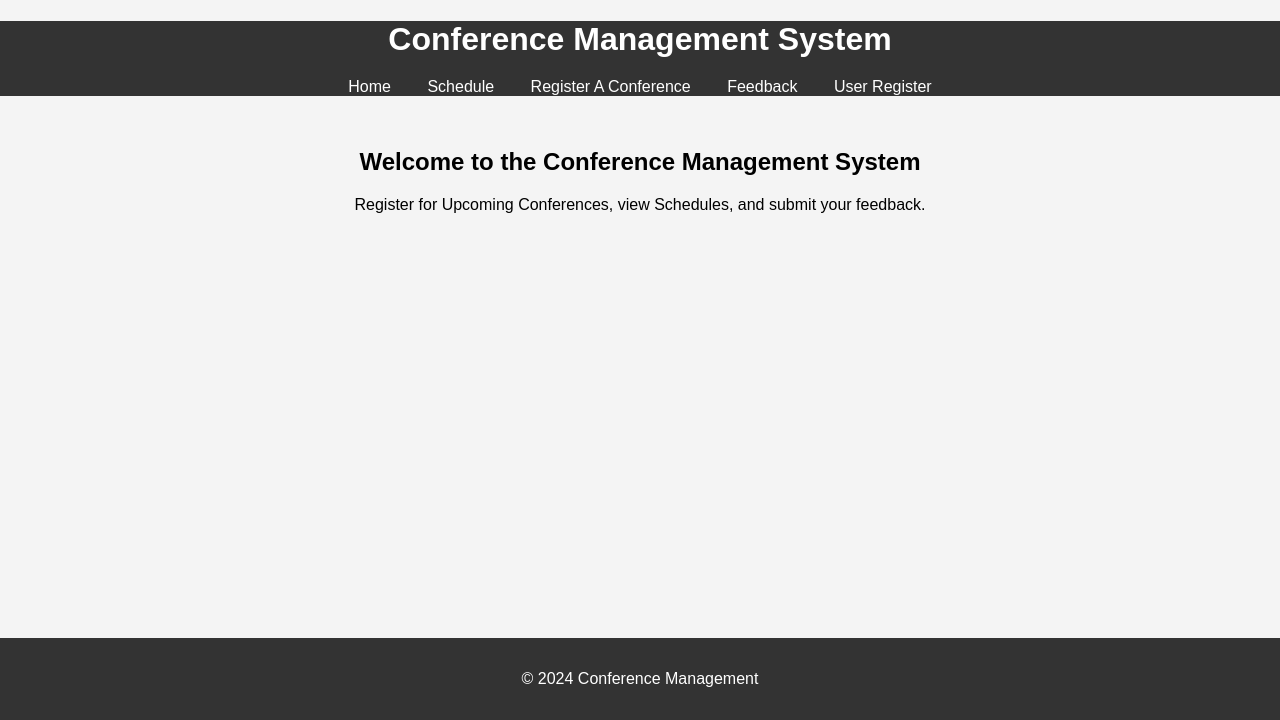
Repository: AMIT1439027/conferenceapp
Page: http://localhost/
The author's editor kept a copy of each file at every save. The page is drawn from the files as they stood at one save, then again after the next save.
The browser window is 1280 px wide. The pictures show the whole page.
The page is run by PHP 8.4 with error messages shown; the project is at /var/www/html/.

Above is the page before, as saved 2024-05-29 14:42:40.

After the next save:
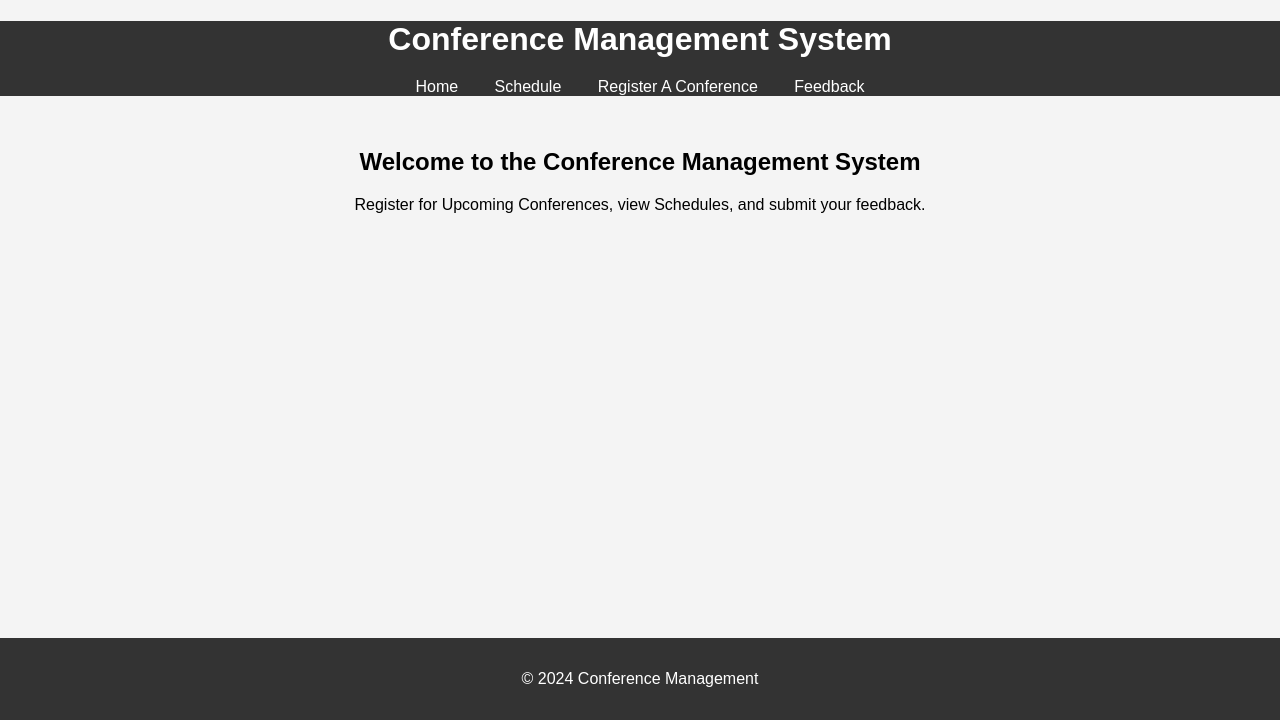
Saved 2 min 7 s later.
--- a/index.php
+++ b/index.php
@@ -15,7 +15,7 @@
         <a href="Schedule.php">Schedule </a>
         <a href="register.php">Register A Conference</a>
         <a href="feedback.php">Feedback</a>
-        <a href="user_register.php">User Register</a>
+        <!-- <a href="user_register.php">User Register</a> -->
     </nav>
 </header>
 
